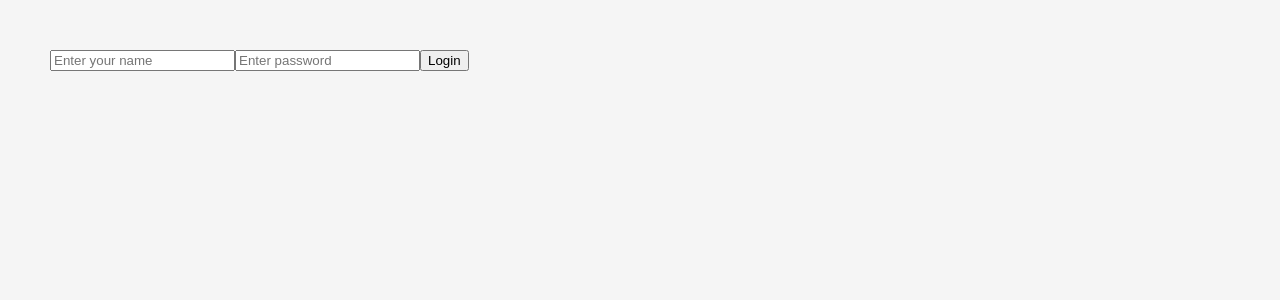
Repository: aanchal0205/yumili
Page: /
The author's editor kept a copy of each file at every save. The page is drawn from the files as they stood at one save, then again after the next save.
The browser window is 1280 px wide. The pictures show the whole page.
The project was rebuilt for these pictures with package versions that can differ from the ones it lists, and the page was loaded fresh each time.

Above is the page before, as saved 2021-12-18 08:41:30.

### src/App.js
import logo from './logo.svg';
import './App.css';
import { useState } from 'react';
import { useEffect } from 'react';
import { useFormik } from 'formik';

// export const API="https://movieapp-aanchal.herokuapp.com";
const API="http://localhost:8000";

function App() {
  return (
    <div className="App">
     <Login/>
     {/* <RecipeList/> */}

    </div>
  );
}

function RecipeList()
{

  // http://localhost:8000/recipes

  const [recipe,setRecipe]=useState([])

  useEffect(()=>
  {
    fetch(`${API}/recipes`)
  .then(data=>data.json())
  .then(recepies=>setRecipe(recepies))

  });




  return (
  <div className='recipe-list'>
    {recipe.map((rec)=>(

    <Recipe recipe={rec}/>
    ))}


  </div>
  );

}


function Login()
{
  const{handleSubmit,values,handleChange,handleBlur,errors,touched}=
  useFormik({
    initialValues:{email:"nice",password:""},
    onSubmit:(values)=>
    {
      console.log("Sending server values",values);
    }
  })
  const signIn=()=>
  {
    // http://localhost:8000/users/login
    fetch(`${API}/users/login`, {method:'POST',body:JSON.stringify()})

  };
  return (
    <form onSubmit={handleSubmit}>
      <input placeholder='Enter your name'>
      </input>
      <input type="text" placeholder='Enter password'></input>
      <button onClick={signIn} >Login</button>
    </form>

  );
}

function Recipe({recipe})
{
  return <div className='recipe-container'>
    <img
    className="recipe-picture"
    src={recipe.picture}
    alt="Paneer Butter Masala"/>
    <p className='recepi-name'>{recipe.name}</p>
  </div>
}

export default App;

### src/App.css
/* .App {
  text-align: center;
} */

.recipe-picture
{
  height: 340px;
  width: 550px;
  object-fit: cover;
}
.recepi-name
{
  font-size: 48px;
  padding: 16px;
  margin: 10px;

}

.recipe-container
{
  background: white;
  width: 550px;
  border-radius: 16px;
  overflow: hidden;
  box-shadow: rgb(0 0 0/ 4%) 0px 1px 11px 1px;
  transition: 0.2s;
}

.recipe-container:hover
{
  transform: scale(1.1);
}

body
{
  background: whitesmoke;
  margin: 50px;
  font-family: Roboto;
}

.recipe-list
{
  display: flex;
  flex-wrap: wrap;
  justify-content: space-around;

}

Loaded but not shown: public/index.html (common file); src/index.js (common file); src/index.css (common file); src/reportWebVitals.js (common file)

After the next save:
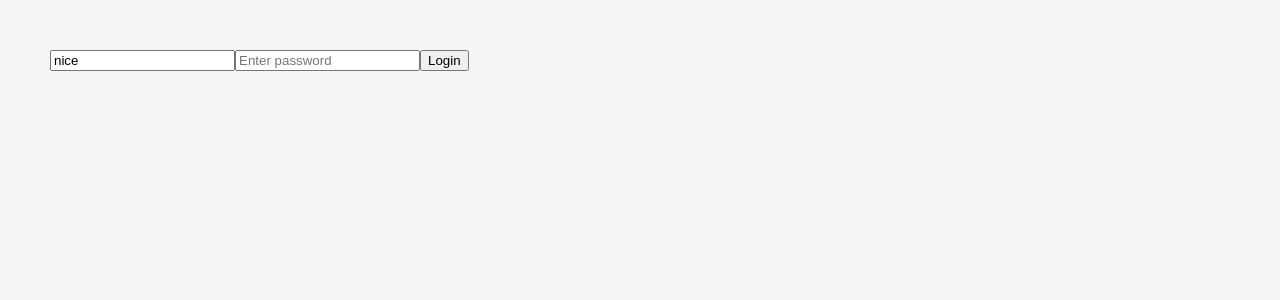
Saved 53 s later.
--- a/src/App.js
+++ b/src/App.js
@@ -67,7 +67,11 @@
   };
   return (
     <form onSubmit={handleSubmit}>
-      <input placeholder='Enter your name'>
+      <input placeholder='Enter your name'
+      value={values.email}
+      onChange={handleChange}
+      onBlur={handleBlur}>
+
       </input>
       <input type="text" placeholder='Enter password'></input>
       <button onClick={signIn} >Login</button>

After the 5 saves that followed:
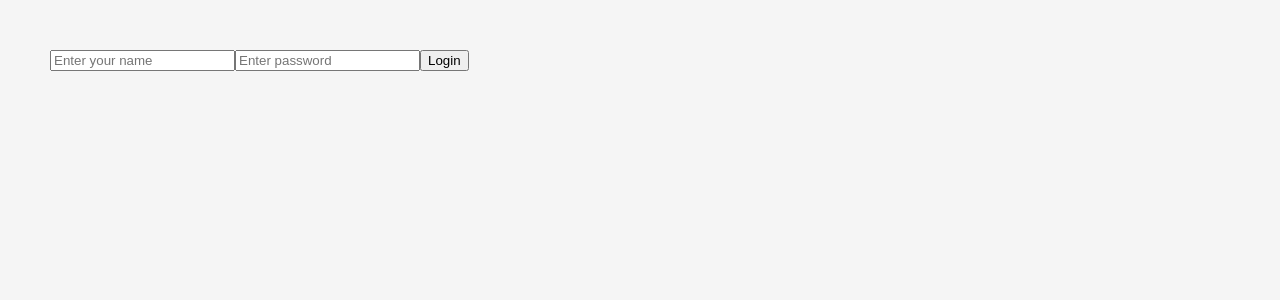
The 5 saves are shown as one change because 4 left the picture as it was.
The last was saved 3 min 12 s later.
--- a/src/App.js
+++ b/src/App.js
@@ -53,7 +53,7 @@
 {
   const{handleSubmit,values,handleChange,handleBlur,errors,touched}=
   useFormik({
-    initialValues:{email:"nice",password:""},
+    initialValues:{username:"nice",password:""},
     onSubmit:(values)=>
     {
       console.log("Sending server values",values);
@@ -68,12 +68,19 @@
   return (
     <form onSubmit={handleSubmit}>
       <input placeholder='Enter your name'
+      id="email"
+      name="email"
       value={values.email}
       onChange={handleChange}
       onBlur={handleBlur}>
 
       </input>
-      <input type="text" placeholder='Enter password'></input>
+      <input type="text" placeholder='Enter password'
+      id="password"
+      name="password"
+      value={values.password}
+      onChange={handleChange}
+      onBlur={handleBlur}></input>
       <button onClick={signIn} >Login</button>
     </form>
 
